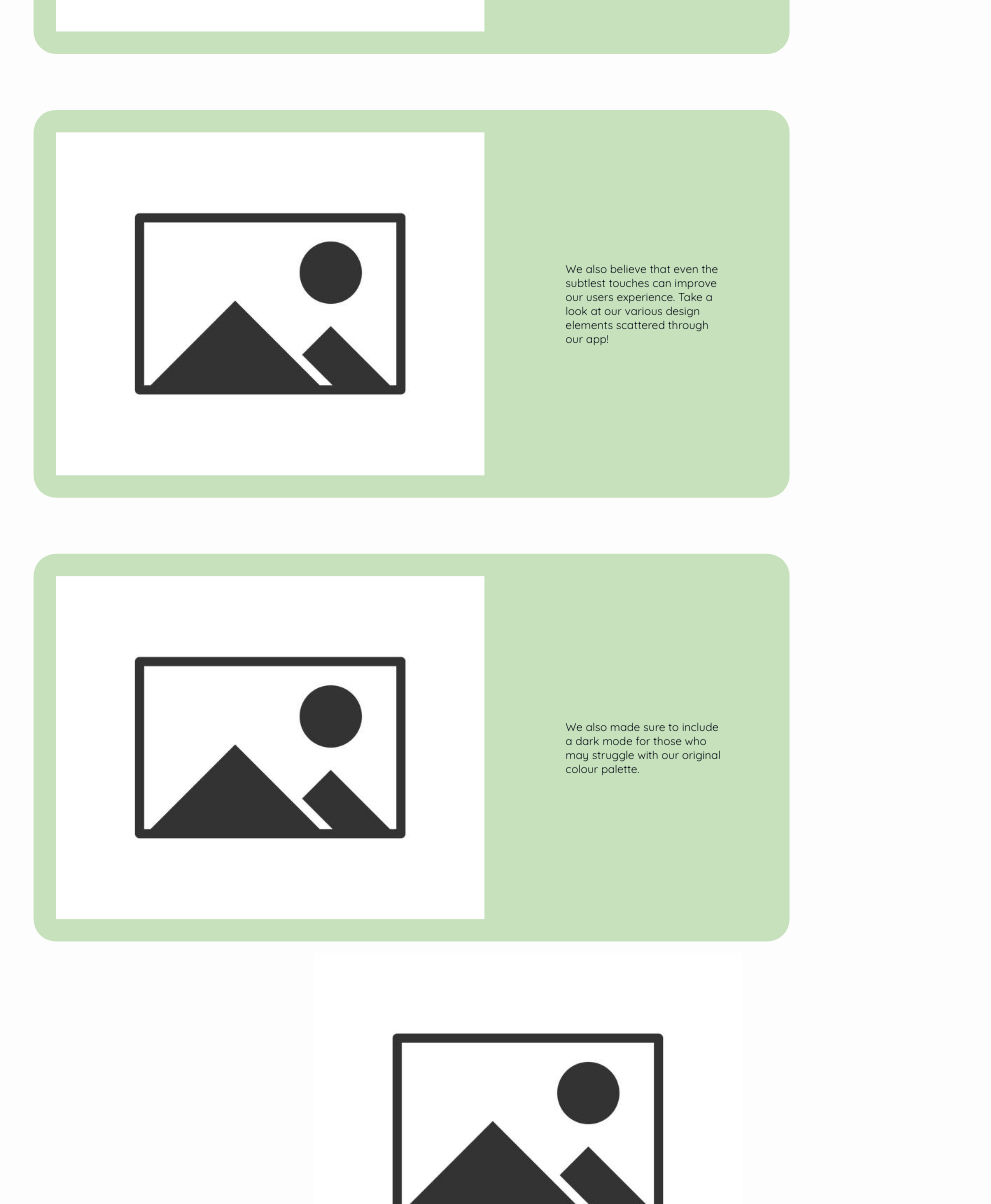
Repository: AlyssaHug/MoolahMate-A5Styleguide
Page: logos.html
The author's editor kept a copy of each file at every save. The page is drawn from the files as they stood at one save, then again after the next save.
The browser window is 1280 px wide. The page is 1416 px wide, so the pictures cover 1416 px, including what lies to the right of the window. The pictures show the part of the page from y = 4780 to 6500 px (the page is 7173 px tall), at 70% of full size.

Above is the page before, as saved 2025-03-31 12:43:02.

After the next save:
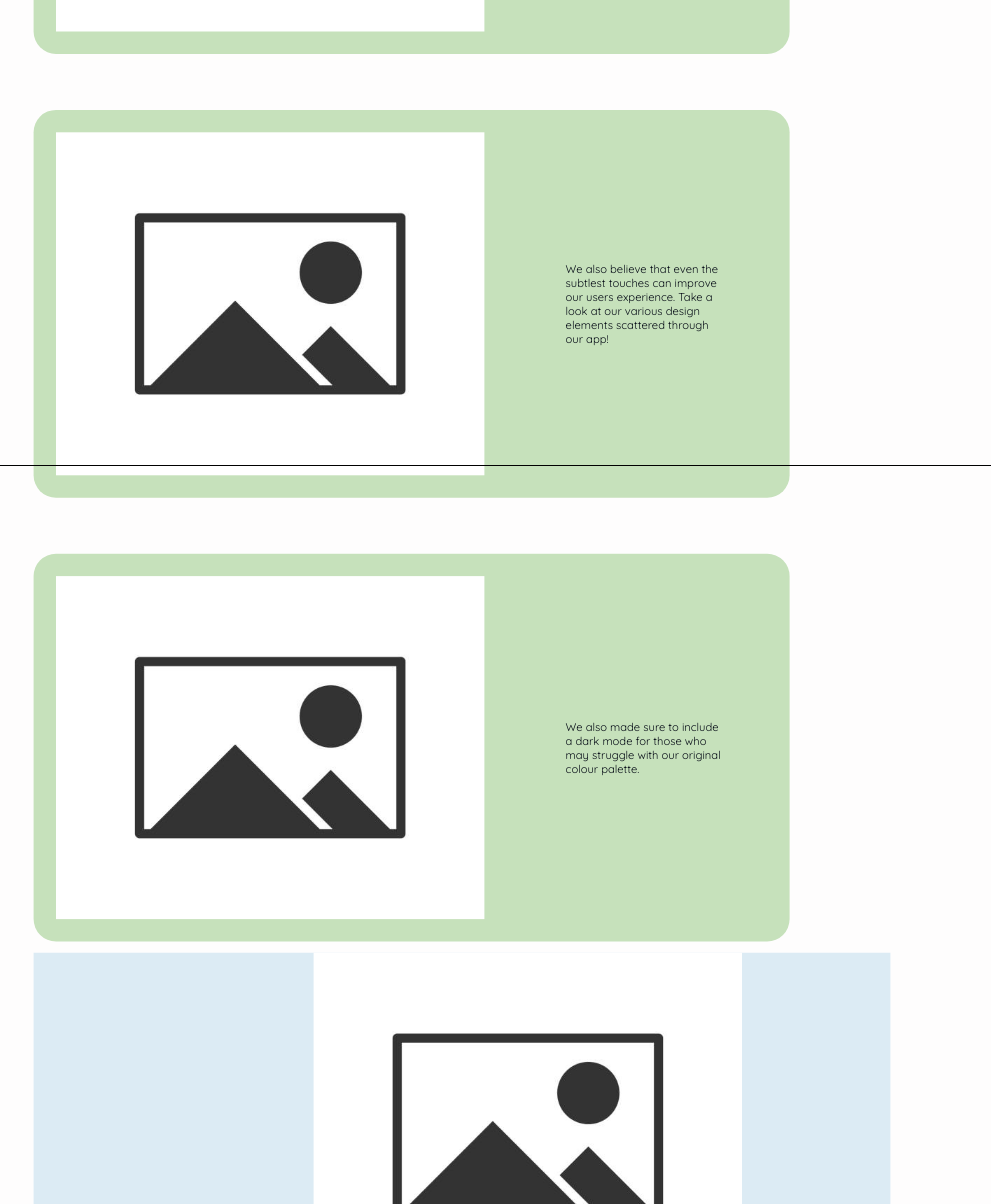
Saved 11 s later.
--- a/Logo-styles.css
+++ b/Logo-styles.css
@@ -212,5 +212,5 @@
 
 
 .graphics-and-icons__6, .graphics-and-icons__7 {
-    background-color:
-}
+    background-color: #dcebf4;
+}
